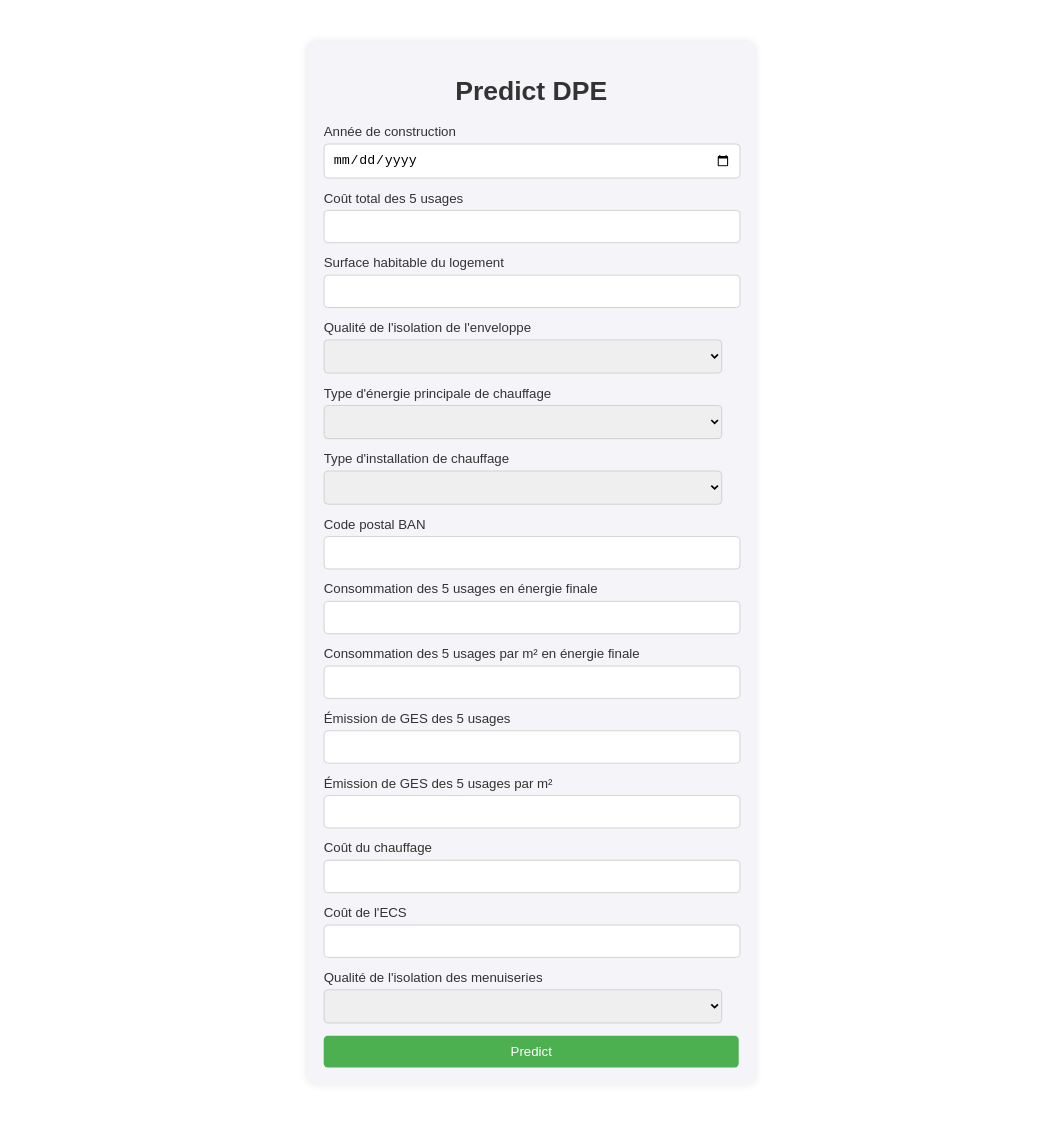
Repository: abdouAppcraft/Predict-DPE
Page: /
An editor plug-in stored every save of this project. The page is shown before and after the next save, followed by the edit.
The browser window is 1280 px wide. The pictures show the whole page, at 83% of full size.
The page's requests for data from a server got no answer. The project was rebuilt for these pictures with package versions that can differ from the ones it lists, and the page was loaded fresh each time. No one was signed in, and anything a server would have sent is missing. Also part of the build but not shown: src/screens/Result/Result.tsx.

Above is the page before, as saved 2024-06-11 16:25:48.

After the next save:
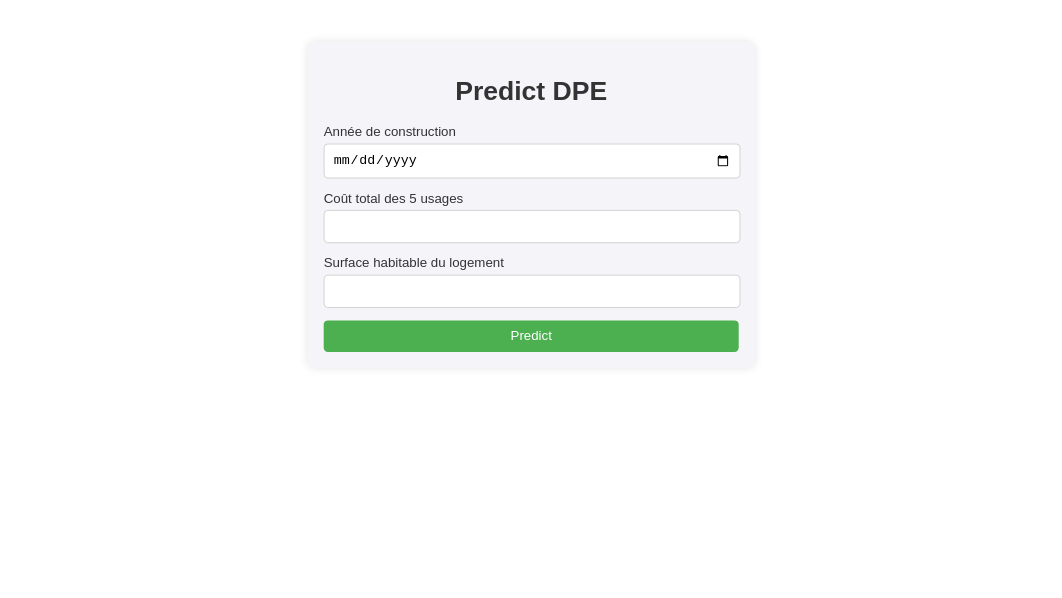
Saved 28 s later.
--- a/src/screens/PredictForm/PredictForm.tsx
+++ b/src/screens/PredictForm/PredictForm.tsx
@@ -13,17 +13,6 @@
   { name: "Annee_construction", type: "date" },
   { name: "Cout_total_5_usages", type: "number" },
   { name: "Surface_habitable_logement", type: "number" },
-  { name: "Qualite_isolation_enveloppe", type: "select" },
-  { name: "Type_energie_principale_chauffage", type: "select" },
-  { name: "Type_installation_chauffage", type: "select" },
-  { name: "Code_postal_BAN", type: "address" },
-  { name: "Conso_5_usages_e_finale", type: "number" },
-  { name: "Conso_5_usagesm2_e_finale", type: "number" },
-  { name: "Emission_GES_5_usages", type: "number" },
-  { name: "Emission_GES_5_usages_par_m2", type: "number" },
-  { name: "Cout_chauffage", type: "number" },
-  { name: "Cout_ECS", type: "number" },
-  { name: "Qualite_isolation_menuiseries", type: "select" },
 ];
 
 const PredictForm: React.FC = () => {

After the 3 saves that followed:
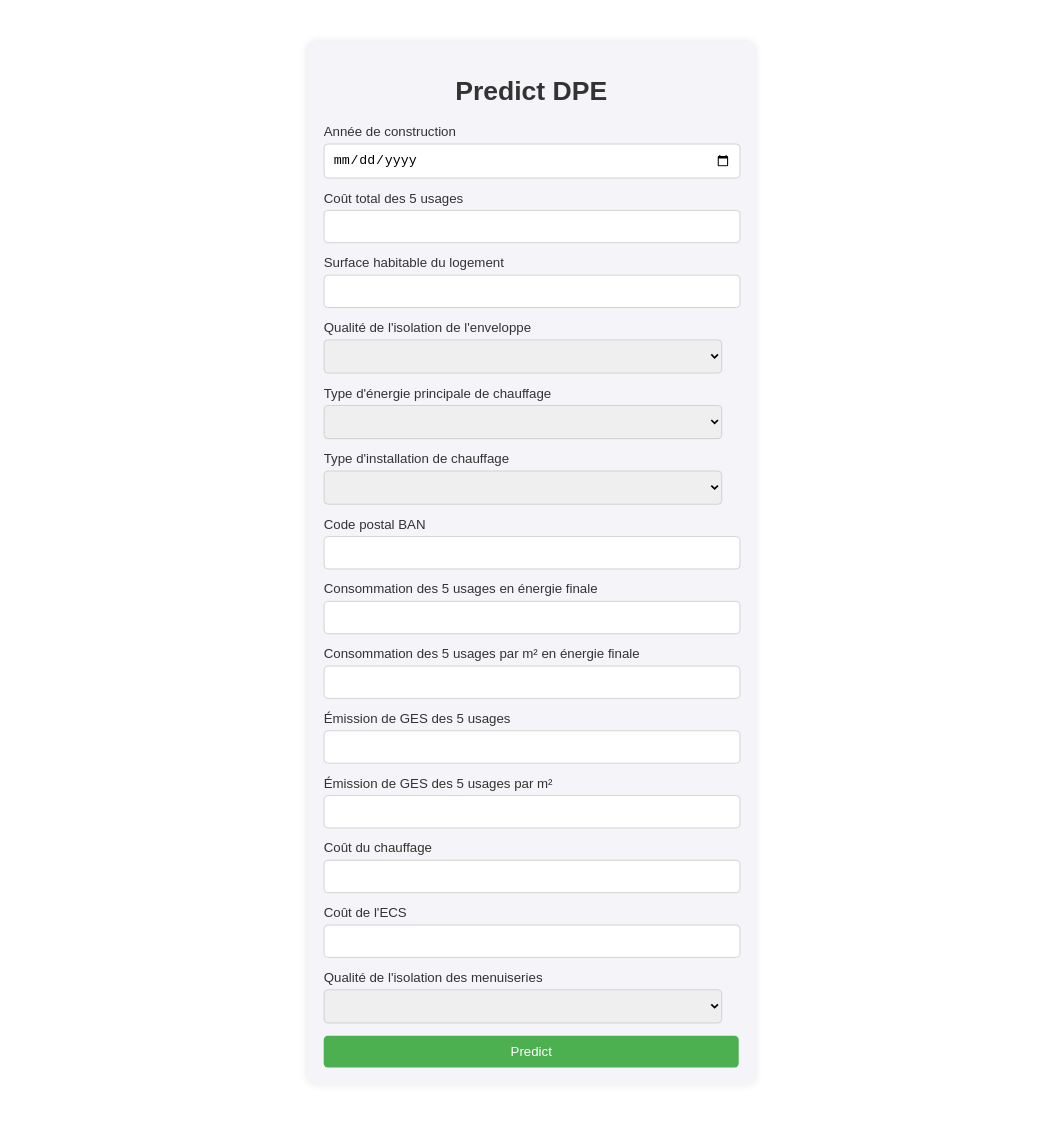
The 3 saves are shown as one change because 1 did not build or start and 1 left the picture as it was.
The last was saved 35 s later.
--- a/src/screens/PredictForm/PredictForm.tsx
+++ b/src/screens/PredictForm/PredictForm.tsx
@@ -13,6 +13,20 @@
   { name: "Annee_construction", type: "date" },
   { name: "Cout_total_5_usages", type: "number" },
   { name: "Surface_habitable_logement", type: "number" },
+];
+
+const advancedField: Field[] = [
+  { name: "Qualite_isolation_enveloppe", type: "select" },
+  { name: "Type_energie_principale_chauffage", type: "select" },
+  { name: "Type_installation_chauffage", type: "select" },
+  { name: "Code_postal_BAN", type: "address" },
+  { name: "Conso_5_usages_e_finale", type: "number" },
+  { name: "Conso_5_usagesm2_e_finale", type: "number" },
+  { name: "Emission_GES_5_usages", type: "number" },
+  { name: "Emission_GES_5_usages_par_m2", type: "number" },
+  { name: "Cout_chauffage", type: "number" },
+  { name: "Cout_ECS", type: "number" },
+  { name: "Qualite_isolation_menuiseries", type: "select" },
 ];
 
 const PredictForm: React.FC = () => {
@@ -159,6 +173,7 @@
           />
         </div> */}
         {field.map((f) => renderRow(f))}
+        {advancedField.map((f) => renderRow(f))}
         <button type="submit" className="submit-btn">
           Predict
         </button>
